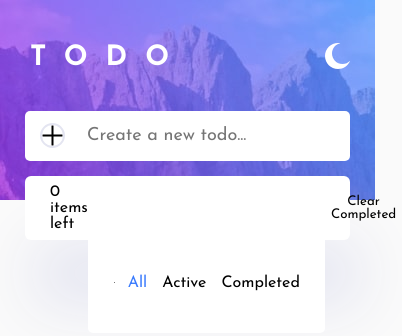
Repository: Haviles04/todoapp
Page: /
These files come from the project's save history. The page is drawn as it stood at one moment and after the next save; the edit follows.
The browser window is 375 px wide. The page is 402 px wide, then 377 px, so the pictures cover 402 px, including what lies to the right of the window. The pictures show the whole page.
The project was rebuilt for these pictures with package versions that can differ from the ones it lists, and the page was loaded fresh each time.

Above is the page before, as saved 2022-10-24 16:30:59.

### public/index.html
<!DOCTYPE html>
<html lang="en">
  <head>
    <meta charset="utf-8" />
    <meta name="viewport" content="width=device-width, initial-scale=1" />
    <meta name="theme-color" content="#000000" />
    <meta
      name="description"
      content="Web site created using create-react-app"
    />

    <title>Todo App</title>
  </head>
  <body>

    <div id="root"></div>

  </body>
</html>

### src/App.js
import React, { useEffect, useState } from "react";
import "./App.css";
import TaskForm from "./components/taskForm/TaskForm";
import TaskList from "./components/taskList/TaskList";
import Header from "./components/header/Header";

let todoNumber = 0;

function App() {
  const [todo, setTodo] = useState("");
  const [todoList, setTodoList] = useState(() => {
    //checks to see if there is a todoList saved to local storage, if not returns empty array
    const savedTodoList = localStorage.getItem("todoList");
    if (savedTodoList) {
      return JSON.parse(savedTodoList);
    } else {
      return [];
    }
  });


  //sets "todo" as whatever value of input field is.
  function onChange(e) {
    e.preventDefault();
    setTodo(e.target.value);
  }

  //pushes new "todo" to the setTodoList array
  function handleClick(e) {
    e.preventDefault();

    const newTodo = {
      text: todo,
      complete: false,
      id: (todoNumber += 1),
    };

    setTodo("");
    setTodoList([...todoList].concat(newTodo));
    document.getElementById("taskInput").value = "";
  }

  useEffect(() => {
    localStorage.setItem("todoList", JSON.stringify(todoList));
  }, [todoList]);


  return (
    <div className="App">
      <Header />
      <TaskForm onChange={onChange} handleClick={handleClick} todo={todo} />
      <TaskList todoList={todoList} setTodoList={setTodoList} />
    </div>
  );
}

export default App;

### src/App.css
@import url('https://fonts.googleapis.com/css2?family=Josefin+Sans:wght@400;700&display=swap');

body, html{
    width: 100vw;
    height: auto;
    margin: 0;
    font-family: 'Josefin Sans', sans-serif;
    font-size: 18px;
    display: flex;
    justify-content: center;
    background-image: url('./assests/bg-desktop-light.jpg');
    background-repeat: no-repeat;
    background-size: 100% 300px;
    background-color: hsl(0, 0%, 98%);
}


@media only screen and (max-width:600px ){
    body,html{
        background-image: url('./assests/bg-mobile-light.jpg');
        background-size: 100% 200px, contain;
    }

    .App{
        display: flex;
        flex-direction: column;
        justify-content: center;
        width: 100%;
    }
  }

### src/components/taskForm/TaskForm.jsx
import React from "react";
import "./taskForm.css";

function TaskForm(props) {
  return (
    <div className="inputContainer">
      <form onSubmit={props.handleClick}>
        <button id="taskBtn" className="circleBtn" type="submit"></button>
        <input
          id="taskInput"
          className="taskInput"
          type="text"
          placeholder="Create a new todo..."
          onChange={props.onChange}
        ></input>
      </form>
    </div>
  );
}

export default TaskForm;

### src/components/taskList/TaskList.jsx
import React, { useState } from "react";
import "./taskList.css";
import TaskItem from "../taskItem/TaskItem";
import OptionsFooter from "../optionsFooter/OptionsFooter";

function TaskList({ todoList, setTodoList }) {
  const [listType, setListType] = useState("all");


  return (
    <div className="taskDisplay">
      <TaskItem
        todoList={todoList}
        listType={listType}
        setTodoList={setTodoList}

      />
      <OptionsFooter
        todoList={todoList}
        setListType={setListType}
        setTodoList={setTodoList}
      />
    </div>
  );
}

export default TaskList;

### src/components/header/Header.jsx
import React from 'react'
import './header.css'


function Header() {
  return (
    <div id="header" className='header'>

        <h1>TODO</h1>
        <button className='modeToggle'></button>

    </div>
  )
}

export default Header

### src/components/taskForm/taskForm.css
.inputContainer{
    height: 65px;
    width: 550px;
    background-color: white;
    border-radius: 5px;
    display: flex;
    justify-content: space-between;
    align-items: center;
    margin-top: 15px;
}

form{
    display:flex;
    align-items: center;
}

.taskInput{
    width: 450px;
    height: 30px;
    margin-left: 20px;
    font-family: 'Josefin Sans', sans-serif;
    border: 0;
    outline: none;
    font-size: 18px;
}

.circleBtn{
    width:25px;
    height: 25px;
    border-radius: 50%;
    border:2px solid hsl(236, 33%, 92%);
    background-color: transparent;
    margin-left: 15px;
    background-image: url('../../assests/icon-plus.svg');
    background-position: center;
}

.circleBtn:hover{
    cursor: pointer;
    background:linear-gradient(hsl(192, 100%, 67%), hsl(280, 87%, 65%));
}


@media only screen and (max-width:600px ){
  .inputContainer{
    width: 325px;
    height: 50px;
  }


    .taskInput{
    width: auto;
  }
}

### src/components/taskList/taskList.css
.taskDisplay {
  margin-top: 23px;
  width: 550px;
  height: auto;
  background-color: white;
  border-radius: 6px;
  box-shadow: 10px 65px 60px hsl(236, 33%, 92%);
}

@media only screen and (max-width:600px ){
  .taskDisplay{
    width: 325px;
    margin-top: 15px;
  }
}

### src/components/taskItem/TaskItem.jsx
import React from "react";
import "./taskItem.css";

function TaskItem({ listType, todoList,setTodoList }) {
  let displayList = [];

  //determines which list type to display
  if (listType === "all") {
    displayList = [...todoList];
  } else if (listType === "active") {
    displayList = [...todoList].filter((todo) => !todo.complete);
  } else {
    displayList = [...todoList].filter((todo) => todo.complete);
  }


  //sets the current todo as complete inside of the array, runs pluralize to change "task left" at bottom
  function completeTask(id) {
    todoList.forEach((todo) => {
      if (todo.id === id) {
        todo.complete = !todo.complete;
      }

      setTodoList(todoList);

    });
  }

  return (
    <>
      {displayList.map((todo) => {
        if (todo.complete) {
          return (
            <div id={`div ${todo.id}`} key={todo.id} className="todoList">
              <label>
                <input
                  type="checkbox"
                  display="hidden"
                  name={`checkID${todo.id}`}
                  onClick={() => completeTask(todo.id)}
                  className="checkComplete"
                  defaultChecked
                ></input>
                <span className="checkboxSpan" />
                <span className="todoText">{todo.text}</span>
              </label>
            </div>
          );
        } else {
          return (
            <div id={`div ${todo.id}`} key={todo.id} className="todoList">
              <label>
                <input
                  type="checkbox"
                  display="hidden"
                  name={`checkID${todo.id}`}
                  onClick={() => completeTask(todo.id)}
                  className="checkComplete"
                ></input>
                <span className="checkboxSpan" />
                <span className="todoText">{todo.text}</span>
              </label>
            </div>
          );
        }
      })}
    </>
  );
}

export default TaskItem;

### src/components/optionsFooter/OptionsFooter.jsx
import React, { useEffect, useState } from "react";
import "./optionsFooter.css";

function OptionsFooter(props) {
  const [plural, setPlural] = useState("");
  useEffect(() => pluralize());

  //Checks to see how many items are on the list, and makes "item" plural
  function pluralize() {
    setPlural(() => {
      let countOverOne = [...props.todoList].filter(
        (todo) => !todo.complete
      ).length;
      if (countOverOne === 1) {
        return `${countOverOne} item left`;
      } else {
        return `${countOverOne} items left`;
      }
    });
  }

  //clears Completed from array
  function clearComplete() {
    let activeArray = [...props.todoList].filter((todo) => !todo.complete);
    props.setTodoList(activeArray);
  }

  return (
    <div className="completedActiveOptions">
      <span className="todoCount">{plural}</span>
      <div className="options">
      <form>
        <input
          id="all"
          type="radio"
          name="completeActiveAll"
          className="completeActiveAll"
          onClick={() => props.setListType("all")}
          defaultChecked
        />
        <label className="todoStatusLabel" htmlFor="all">
          All
        </label>
        <input
          id="active"
          type="radio"
          name="completeActiveAll"
          className="completeActiveAll"
          onClick={() => props.setListType("active")}
        />
        <label className="todoStatusLabel" htmlFor="active">
          Active
        </label>
        <input
          id="completed"
          type="radio"
          name="completeActiveAll"
          className="completeActiveAll"
          onClick={() => props.setListType("completed")}
        />
        <label className="todoStatusLabel" htmlFor="completed">
          Completed
        </label>
      </form>
      </div>
      <button className="clearComplete" onClick={clearComplete}>
        Clear Completed
      </button>
    </div>
  );
}

export default OptionsFooter;

### src/components/header/header.css
.header{
    padding: 5px;
    width: 550px;
    margin-top: 50px;
    display: flex;
    justify-content: space-between;
    align-items: center;
}

.modeToggle{
    background-image: url('../../assests/icon-moon.svg');
    height: 30px;
    width: 30px;
    border: none;
    background-color: transparent;
    background-repeat: no-repeat;
}

.modeToggle:hover{
    cursor: pointer;
}

.header h1{
    color: white;
    letter-spacing: 1rem;
}

@media only screen and (max-width:600px ){
    .header{
        width: 100%;
        margin-top: 20px;
        font-size: 14px;
    }
  }

### src/components/taskItem/taskItem.css
.todoList {
    min-width: 450px;
    height: 64px;
    display: flex;
    align-items: center;
    font-family: "Josefin Sans", sans-serif;
    border: 0;
    outline: none;
    font-size: 18px;
    box-sizing: border-box;
    border-bottom: 1px solid hsl(236, 33%, 92%);
  }

  .checkComplete {
    position: absolute;
    width: 1px;
    height: 1px;
    margin: -1px;
    z-index: -1;
  }

  .taskDisplay label {
    display: flex;
    align-items: center;
    gap: 8px;
  }

  input:checked ~ .todoText {
    text-decoration: line-through;
    color:hsl(236, 33%, 92%);
  }

  input:checked + .checkboxSpan {
    background-repeat: no-repeat;
    background-image: url(../../assests/icon-check.svg),
      linear-gradient(hsl(192, 100%, 67%), hsl(280, 87%, 65%));
    background-position: center;
  }

  .checkboxSpan {
    display: inline-block;
    height: 20px;
    width: 20px;
    border-radius: 50%;
    border: 2px solid hsl(236, 33%, 92%);
    margin-left: 15px;
    margin-right: 15px;
  }

  .checkboxSpan:hover{
      cursor: pointer;
  }

  .todoText:hover{
      cursor: pointer;
  }


  @media only screen and (max-width:600px ){
    .todoList{
      min-width: auto;
      width: 325px;
      height: 60px
    }
  }

### src/components/optionsFooter/optionsFooter.css
.completedActiveOptions{
    height: 64px;
    display: flex;
    flex-direction: row;
    align-items: center;
    justify-content: space-between;
    font-size: 16px;
}

.todoCount {
    margin-left: 25px;
    width:100px;
    box-sizing: border-box;
}

.completeActiveAll{
    position: absolute;
    width: 1px;
    height: 1px;
    margin: 1px;
}

.todoStatusLabel{
    margin-left: 15px;
}

.todoStatusLabel:hover{
    color: hsl(220, 98%, 61%);
    cursor: pointer;
}

.completeActiveAll:checked + .todoStatusLabel{
    color: hsl(220, 98%, 61%);
}

.clearComplete{
    background-color: transparent;
    border: none;
    font-family:"Josefin Sans", sans-serif; ;
    margin-right:25px;
}

.clearComplete:hover{
    cursor: pointer;
    color: hsl(220, 98%, 61%);
}

@media only screen and (max-width:600px ){
    .options{
        position: relative;
        display: flex;
        justify-content: center;
        width: 350px;
        padding: 25px;
        height: 50px;
        top:75px;
        background-color: white;
        border-radius: 5px;
    }
  }

Loaded but not shown: src/index.js (common file)

After the next save:
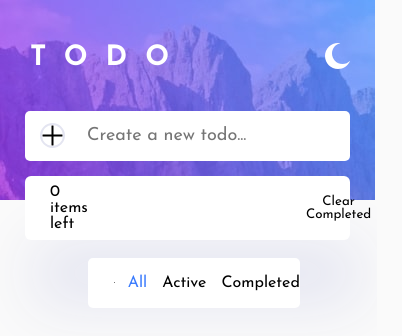
Saved 5 s later.
--- a/src/components/optionsFooter/optionsFooter.css
+++ b/src/components/optionsFooter/optionsFooter.css
@@ -51,7 +51,7 @@
         display: flex;
         justify-content: center;
         width: 350px;
-        padding: 25px;
+        padding-left: 25px;
         height: 50px;
         top:75px;
         background-color: white;
